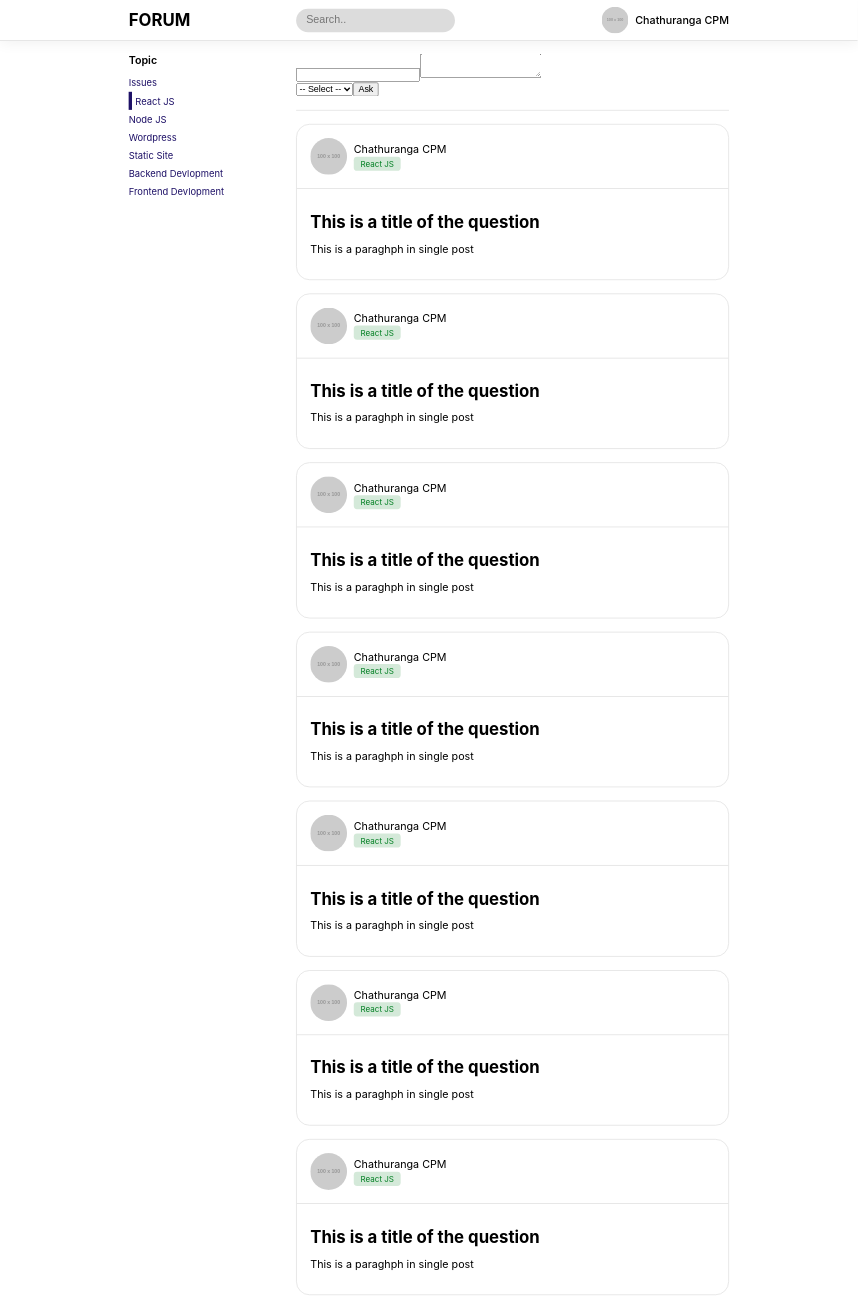
Repository: ChathurangaCPM/developer-forum
Page: / (app in client/)
The author's editor kept a copy of each file at every save. The page is drawn from the files as they stood at one save, then again after the next save.
The browser window is 1280 px wide. The pictures show the whole page, at 67% of full size.
The project was rebuilt for these pictures with package versions that can differ from the ones it lists, and the page was loaded fresh each time.

Above is the page before, as saved 2022-05-10 14:11:36.

After the next save:
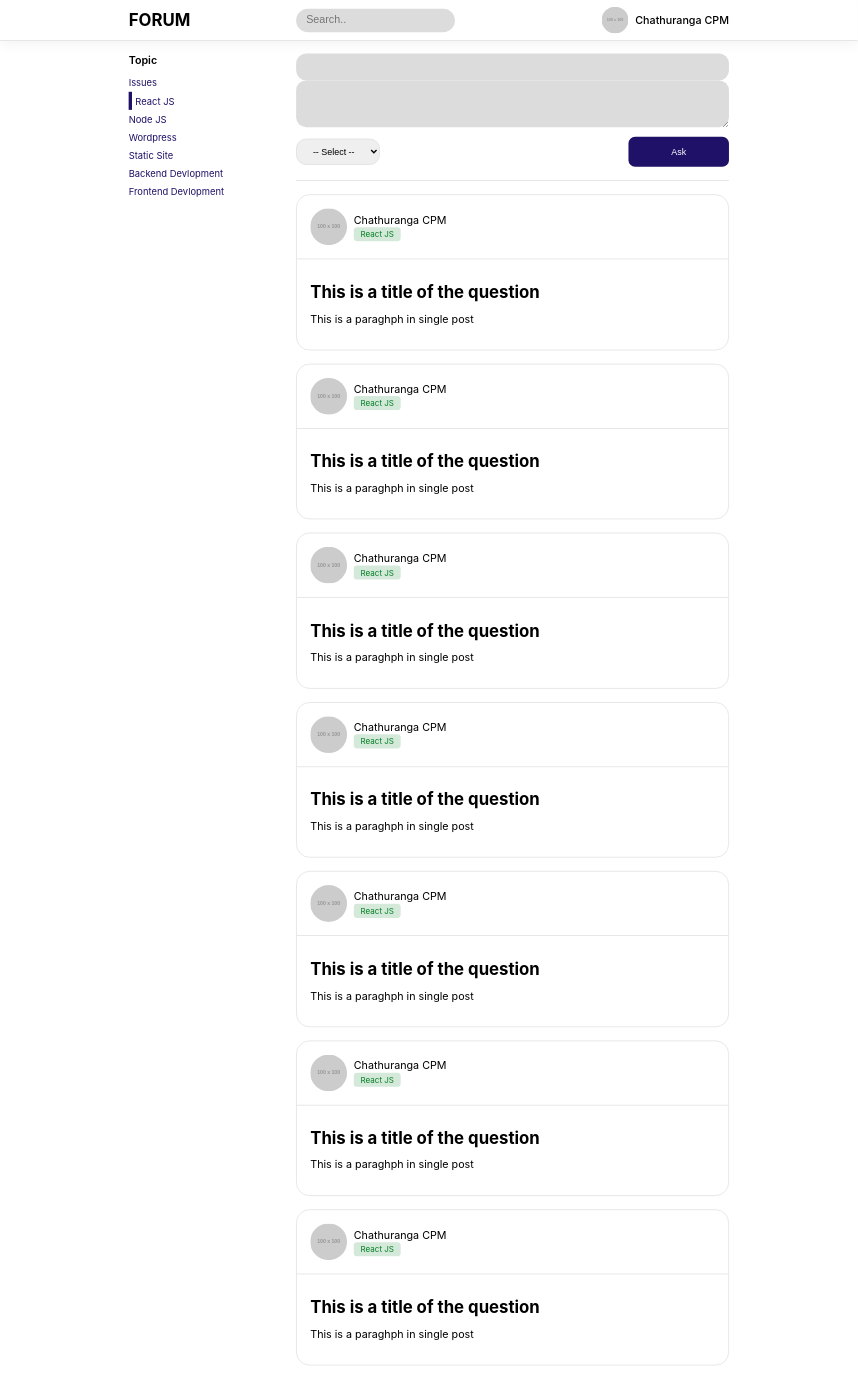
Saved 54 s later.
--- a/client/src/components/AddQuestion/AddQuestion.js
+++ b/client/src/components/AddQuestion/AddQuestion.js
@@ -21,24 +21,27 @@ function AddQuestion() {
 
     return (
         <div className="addquestion_wrapper">
-            <input type="text" name="title" onChange={(e) => {
-                setTitle(e.target.value)
-            }} />
-            <textarea name="descriptions" onChange={(e) => {
-                setDescription(e.target.value)
-            }}></textarea>
+            <form onSubmit={submitQuestion}>
 
-            <div className="selrct_cat">
-                <select name="selrct_cat" onChange={(e) => {
-                    setType(e.target.value)
-                }} >
-                    <option value="">-- Select --</option>
-                    <option value="reactjs">React Js</option>
-                    <option value="nodejs">Node Js</option>
+                <input type="text" name="title" onChange={(e) => {
+                    setTitle(e.target.value)
+                }} />
+                <textarea name="descriptions" onChange={(e) => {
+                    setDescription(e.target.value)
+                }}></textarea>
 
-                </select>
-                <button type="submit">Ask</button>
-            </div>
+                <div className="selrct_cat">
+                    <select name="selrct_cat" onChange={(e) => {
+                        setType(e.target.value)
+                    }} >
+                        <option value="">-- Select --</option>
+                        <option value="reactjs">React Js</option>
+                        <option value="nodejs">Node Js</option>
+
+                    </select>
+                    <button type="submit" >Ask</button>
+                </div>
+            </form>
 
 
         </div>
